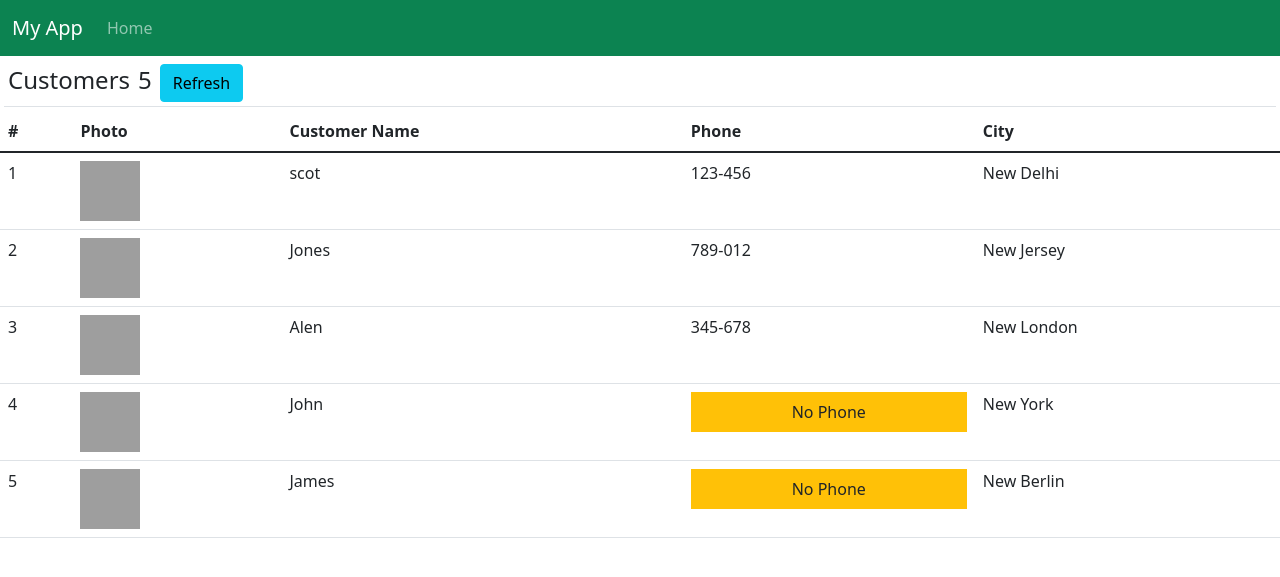
Repository: smit1298/e-commerce
Page: /
The author's editor kept a copy of each file at every save. The page is drawn from the files as they stood at one save, then again after the next save.
The browser window is 1280 px wide. The pictures show the whole page.
Pictures or frames that could not be fetched are drawn as grey boxes. The project was rebuilt for these pictures with package versions that can differ from the ones it lists, and the page was loaded fresh each time.

Above is the page before, as saved 2022-05-11 10:10:17.

After the next save:
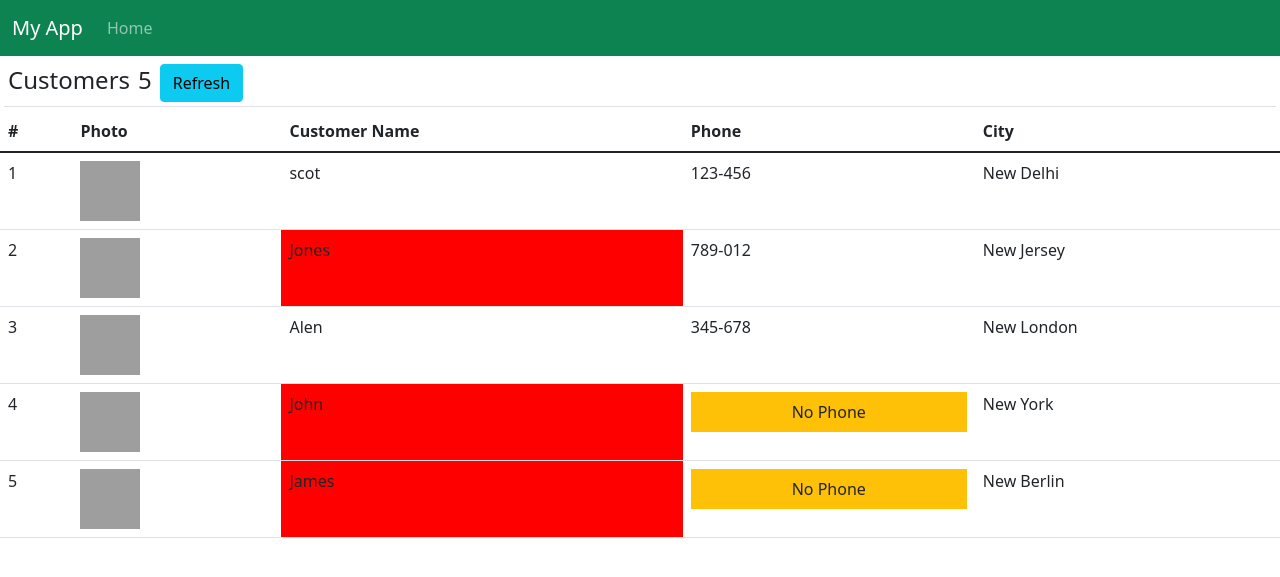
Saved 10 s later.
--- a/src/MainContent.jsx
+++ b/src/MainContent.jsx
@@ -44,7 +44,7 @@ export default class MainContent extends Component {
   };
 customerNameStyle = (custName) =>{
 if(custName.startsWith("S"))return{backgroundColor: "green"};
-else if(custName.startsWith("j"))return{backgroundColor:"red"};
+else if(custName.startsWith("J"))return{backgroundColor:"red"};
 else return{};
 }
   render() {
